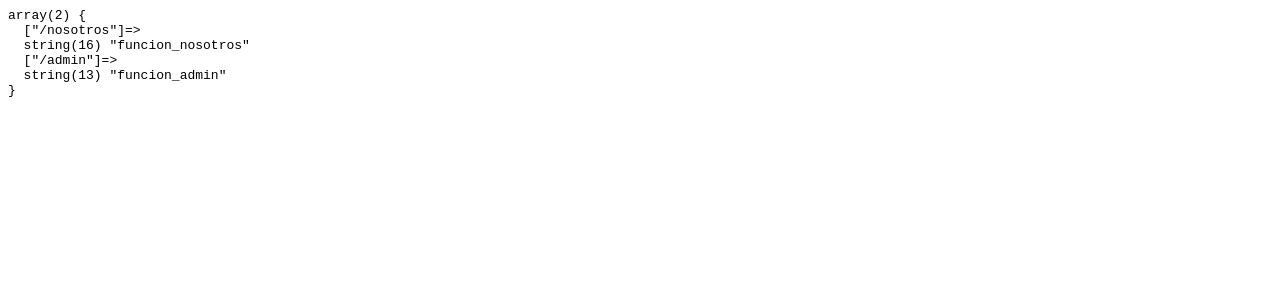
Repository: omoray99/BienesRaicesMVC
Page: http://localhost/propiedades/crear
An editor plug-in stored every save of this project. The page is shown before and after the next save, followed by the edit.
The browser window is 1280 px wide. The pictures show the whole page.
The page is run by PHP 8.4 with error messages shown; the project is at /var/www/html/.

Above is the page before, as saved 2024-10-08 21:03:29.

After the next save:
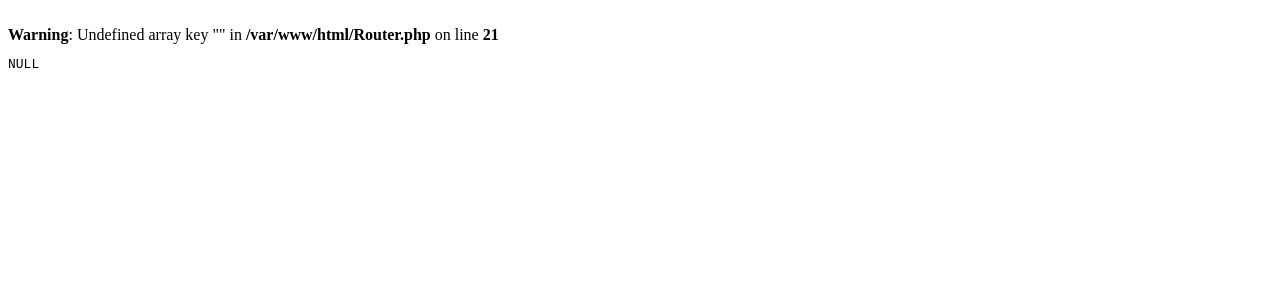
Saved 60 s later.
--- a/Router.php
+++ b/Router.php
@@ -18,7 +18,7 @@ class Router{
         $metodo = $_SERVER['REQUEST_METHOD'];
 
         if($metodo === 'GET'){
-            debugear($this->rutasGET);
+            debugear($this->rutasGET[ $urlActual]);
         }
     }
 
